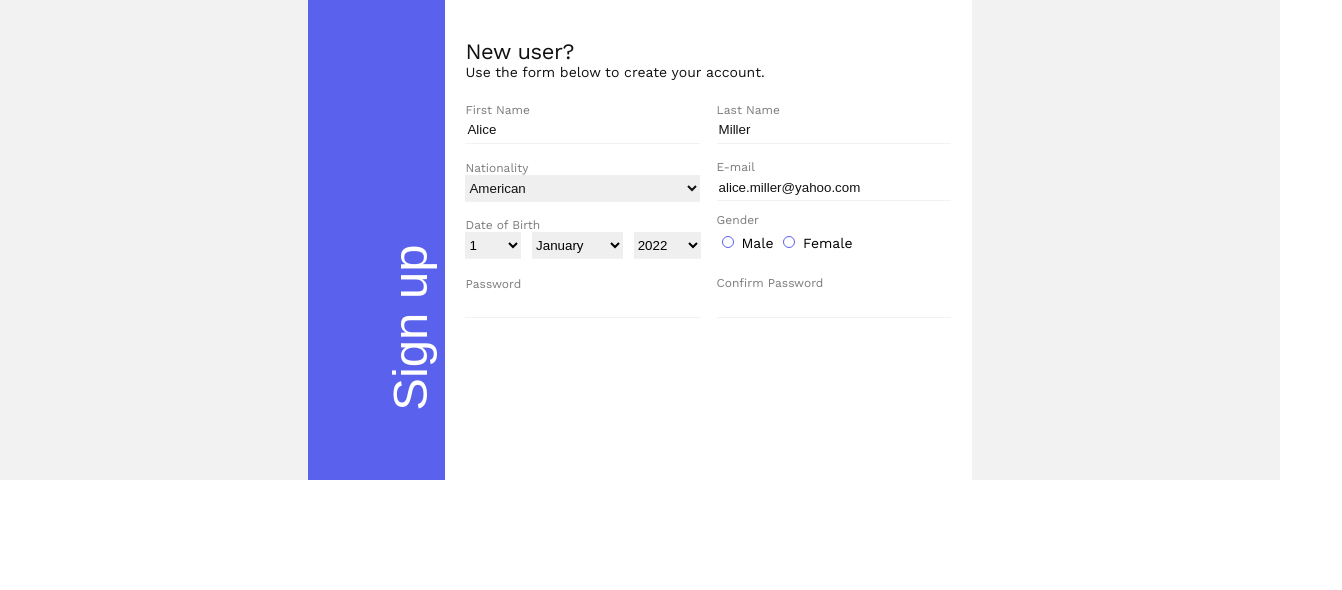
Repository: MorgunovaAlexandra/forma
Page: index.html
The author's editor kept a copy of each file at every save. The page is drawn from the files as they stood at one save, then again after a run of saves.
The browser window is 1280 px wide. The page is 1342 px wide, then 1280 px, so the pictures cover 1342 px, including what lies to the right of the window. The pictures show the whole page.
Some web fonts or font styles are not loaded; a fallback is used.

Above is the page before, as saved 2022-07-18 17:37:17.

### index.html
<!DOCTYPE html>
<html lang="en">
<head>
    <meta charset="UTF-8">
    <meta http-equiv="X-UA-Compatible" content="IE=edge">
    <meta name="viewport" content="width=device-width, initial-scale=1.0">
    <link href="https://fonts.googleapis.com/icon?family=Material+Icons"
      rel="stylesheet">
    <link rel="stylesheet" href="./style.css"></link>
    <title>Document</title>
</head>
<body>
    <div class="wrapper">
       <Sidebar class="sidebar">
        <div class="sidebar__title">Sign up</div>
       </Sidebar>
        <div class="main">
            <div class="main__header">New user?</div>
            <div class="main__text">Use the form below to create your account.</div>
            <div class="form">
            <div class="ride__side">
                <form>

                    <label class="text-field__label" for="name">First Name</label>
                    <input class="text-field__input" type="text" placeholder="Alice" id="name">
                    <label class="text-field__label nation" for="nationality">Nationality</label>
                    <select  class="text-field__input"name="user_profile_color_1" id="nationality">
                        <option value="1">American</option>
                        <option value="2">Belarus</option>
                        <option value="3">Russia</option>
                        <option value="4">German</option>
                      </select>
                      <div class="fallbackDatePicker">
                        <span>
                          <label  class="text-field__label birdth" for="day">Date of Birth</label>
                          <select class="field__day" id="day" name="day">
                          </select>
                        </span>
                        <span>

                          <select  class="field__mounth" id="day" name="month">
                            <option selected>January</option>
                            <option>February</option>
                            <option>March</option>
                            <option>April</option>
                            <option>May</option>
                            <option>June</option>
                            <option>July</option>
                            <option>August</option>
                            <option>September</option>
                            <option>October</option>
                            <option>November</option>
                            <option>December</option>
                          </select>
                        </span>
                        <span>
                          <select  class="year" id="day" name="year">
                          </select>
                        </span>

                      </div>
                      <label class="text-field__label pass" for="password">Password</label>
                      <input class="text-field__input" type="password" id="password">
                      <div class="logger">
                         <span></span>
                      </div>
            </div>
            <div class="left__side">
                <label class="text-field__label" for="name">Last Name</label>
                <input class="text-field__input" type="text" placeholder="Miller" id="name">
                <div class="emailInput">
                    <label class="text-field__label label-email" for="email">E-mail</label>
                    <input class="input__email" type="email" id='email'name="email" required placeholder="alice.miller@yahoo.com">
                    <img  class="img__done" src="./svg/Shape.svg">
                </div>
                <div class="radioInput">
                   <div class="text-field__label title__radio">Gender</div>
                        <input type="radio" name="radio" id="radio1" />
                        <label for="radio1">Male</label>

                        <input type="radio" name="radio" id="radio2" />
                        <label for="radio2">Female</label>


                </div>
                <div class="confirm__password">
                    <label class="text-field__label pass" for="password">Confirm Password</label>
                    <input class="text-field__input" type="password" id="password">
                </div>



            </div>

            </form>
        </div>
        </div>
    </div>
    <script src="https://code.jquery.com/jquery-3.4.1.slim.min.js"></script>
    <script src="./emaiValidater.js"></script>
    <script src="./script.js"></script>
</body>
</html>

### style.css
@import url('https://fonts.googleapis.com/css2?family=PT+Sans&display=swap');
@import url('https://fonts.googleapis.com/css2?family=Work+Sans:wght@200;300;400&display=swap');
*,
*::before,
*::after {
  box-sizing: border-box;
}

/* Убираем внутренние отступы */
ul[class],
ol[class] {
  padding: 0;
}

/* Убираем внешние отступы */
body,
h1,
h2,
h3,
h4,
p,
ul[class],
ol[class],
li,
figure,
figcaption,
blockquote,
dl,
dd {
  margin: 0;
}
body{
  font-family: 'Work Sans', sans-serif;
  font-size: 14px;
}
.wrapper{
  display: flex;
  background-color: #F2F2F2;
  justify-content: center;
}
.sidebar{
    width: 137.2px;
    height: 480px;
    background-color: #5A61ED;
    display: block;
    position: relative;
}
.sidebar__title{
  -webkit-transform: rotate(-90deg);
  -moz-transform: rotate(-90deg);
  -o-transform: rotate(-90deg);
  -ms-transform: rotate(-90deg);
  transform: rotate(-90deg);
  position: absolute;
  top:296.02px;
  left: 20.5px;
  font-size: 49px;
  font-weight: 400;
  line-height: 63.41px;
  color:
  #FFFFFF;
  font-family: 'PT Sans', sans-serif;
  white-space:nowrap;
  }
  .main{
    width: 527.8px;
    height:480px;
    background-color: white;
  }


  /*main*/
  .main{

    padding-top: 38.52px;
    padding-left: 20.8px;
  }
  .form{
    display: flex;

  }
  .main__header{
    font-size: 22px;
    line-height: 25.78px;
    letter-spacing: -0.46px;
    color: #111111;
  }
  .main__text{
    line-height: 16.41px;
    color: #111111;
    margin-bottom: 20px;
  }
  .text-field__input{
    display: block;
    width: 234.5px;
    border-top: 0px;
    border-left: 0px;
    border-right: 0px;
    border-bottom: 0.7px solid #F2F2F2;
    height: 27.2px;
    padding-top: 4.9px;
    padding-bottom: 6.3px;
    color: #111111;
  }
input::placeholder {
  color: #111111 !important;
}
.text-field__label{
  color:#7C7C7C;
  font-size: 12px;
  line-height: 14.06px;
}
.nation{
  display: block;
  margin-top: 16.8px;
}
.field__day{
  width: 56px;
  padding-left: 0;
  height: 26.9px;
  border-top: 0px;
    border-left: 0px;
    border-right: 0px;
    border-bottom: 0.7px solid #F2F2F2;
}
.field__mounth{
  margin-left: 5.8px;
  width: 91px;
  height: 26.9px;
  border-top: 0px;
    border-left: 0px;
    border-right: 0px;
    border-bottom: 0.7px solid #F2F2F2;
}
.year{
  margin-left: 5.8px;
  width: 67.67px;
  height: 26.9px;
  border-top: 0px;
    border-left: 0px;
    border-right: 0px;
    border-bottom: 0.7px solid #F2F2F2;
}
.birdth{
  display: block;
  margin-top: 16.3px;
}


/*-----password---*/
.pass{
  display: block;
  margin-top: 17.4px;
}

/*-------------left-side------------*/
.left__side{
margin-left: 15.3px;
}

.label-email{
  display: block;
  margin-top: 16.37px;
}
.input__email{
  height: 26.92px;
  width: 234.5px;
  border-top: 0px;
    border-left: 0px;
    border-right: 0px;
    border-bottom: 0.7px solid #F2F2F2;
    position: absolute;
    background-color: white;
}
.emailInput{
  position: relative;
}
.img__done{
  position: absolute ;
  left: 225px;
  opacity: 0;
}

.radioInput{
  display: block;
  position: relative;
  top:39px
}
.title__radio{
  margin-bottom: 5.3px;

}
/*----input type=radio=======*/
input[type="radio"] {
  /* remove standard background appearance */
  -webkit-appearance: none;
  -moz-appearance: none;
  appearance: none;
  /* create custom radiobutton appearance */
  display: inline-block;
  width: 12px;
  height: 12px;
  padding: 3px;
  /* background-color only for content */
  background-clip: content-box;
  border: 0.7px solid #5A61ED;
  background-color: white;
  border-radius: 50%;
}

/* appearance for checked radiobutton */
input[type="radio"]:checked {
  background-color:
  #5A61ED;
}

/* optional styles, I'm using this for centering radiobuttons */
.flex {
  display: flex;
  align-items: center;
}
.confirm__password{
  position: relative;
  top:47.3px
}

### emaiValidater.js
$(document).ready(function(){
    $('.emailInput').each(function(index,emailInput){
      let inputElement=$(emailInput).find('input');
      $(inputElement).on('focus',function(){
        $(this).removeClass("blurred")
      }).on('blur',function(){
        $(this).addClass("blurred")
      })
    })
})

### script.js
const year=document.querySelector('.year')
const day=document.querySelector('#day')
const email=document.querySelector('#email')
const imgVector=document.querySelector('.img__done')
let options

for(let i=1;i<32;i++){
 options=document.createElement('option')
 day.appendChild(options);
 options.innerHTML=`${i}`
}
for(let i=2022;i>1960;i--){
    options=document.createElement('option')
    year.appendChild(options);
    options.innerHTML=`${i}`
}
document.addEventListener('click',()=>{
    if(email.matches(':valid')){
        imgVector.style.opacity=1
        email.style.backgroundColor='white'
        email.style.color='#111111';
        email.style.borderBottomColor='#F2F2F2';
    }
    else{
        email.style.borderBottomColor='red';
        email.style.color='red';
    }
})

After the next 2 saves:
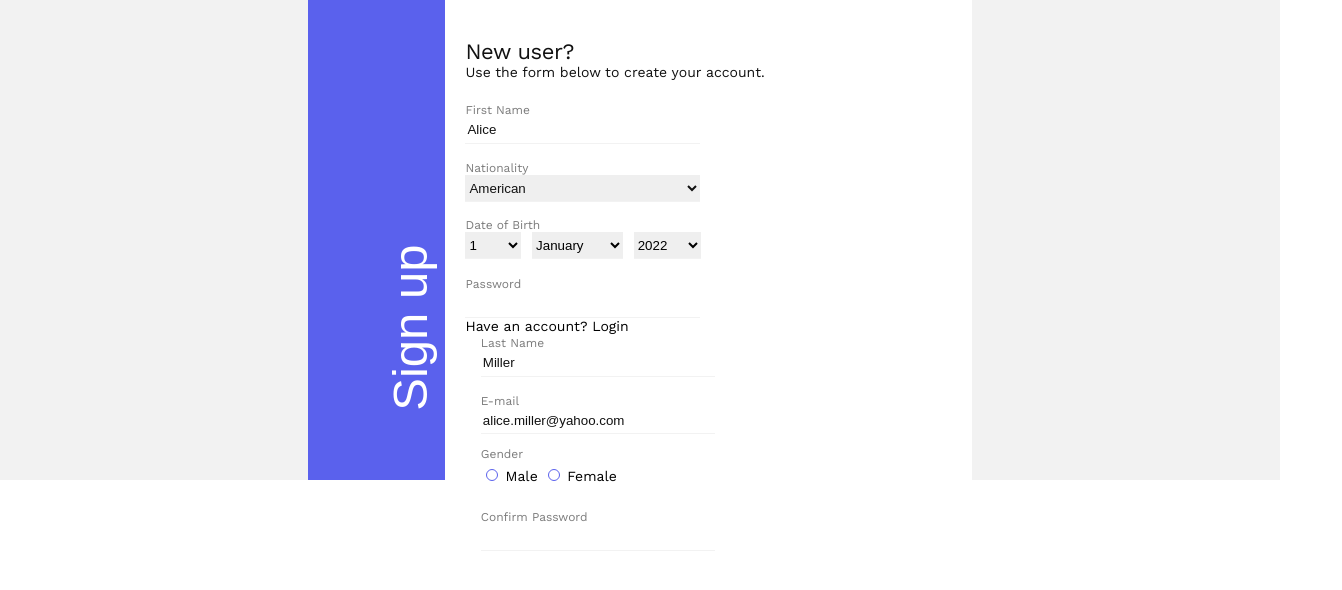
The 2 saves are shown as one change because they came seconds apart.
The last was saved 9 s later.
--- a/index.html
+++ b/index.html
@@ -62,7 +62,7 @@
                       <label class="text-field__label pass" for="password">Password</label>
                       <input class="text-field__input" type="password" id="password">
                       <div class="logger">
-                         <span></span>
+                         <div>Have an account? Login</span>
                       </div>
             </div>
             <div class="left__side">
